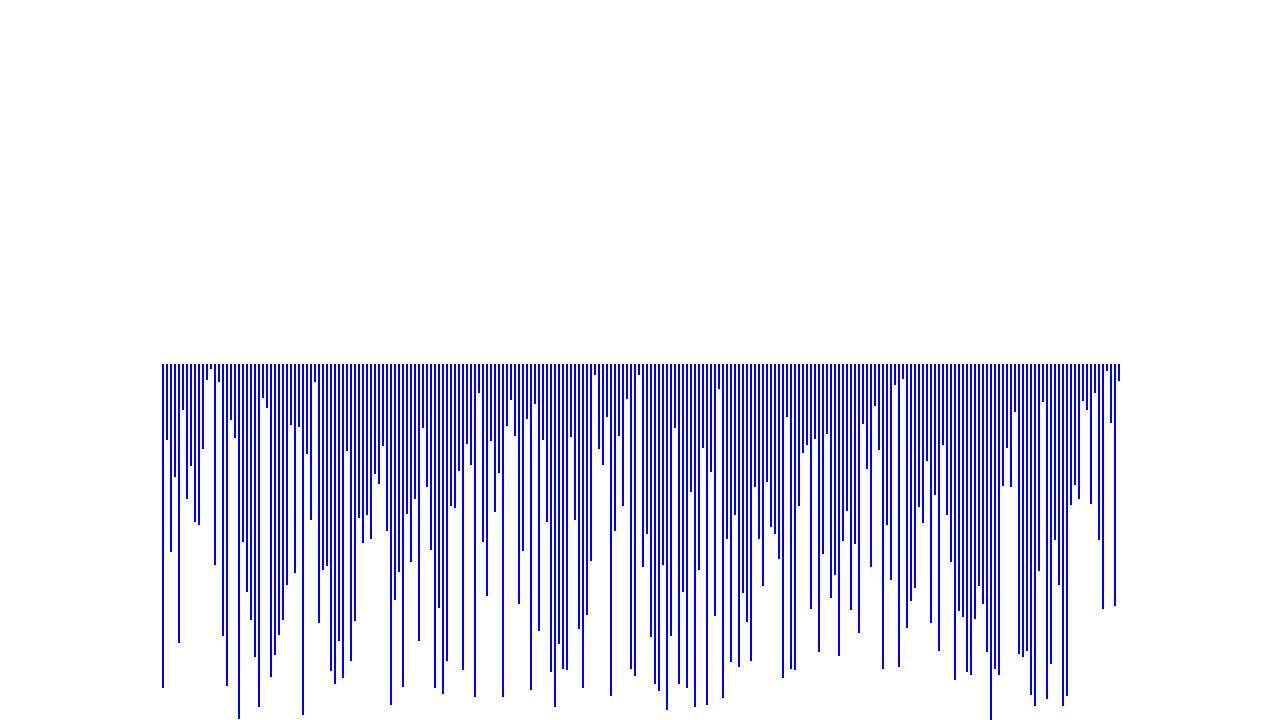
Repository: rehans-Life/sorting-visualizer
Page: /
These files come from the project's save history. The page is drawn as it stood at one moment and after the next save; the edit follows.
The browser window is 1280 px wide. The pictures show the whole page.
The project was rebuilt for these pictures with package versions that can differ from the ones it lists, and the page was loaded fresh each time. The framework's server and built-in components were replaced by stand-ins that run in the browser. Also part of the build but not shown: next.config.js.

Above is the page before, as saved 2023-03-17 17:52:46.

After the next save:
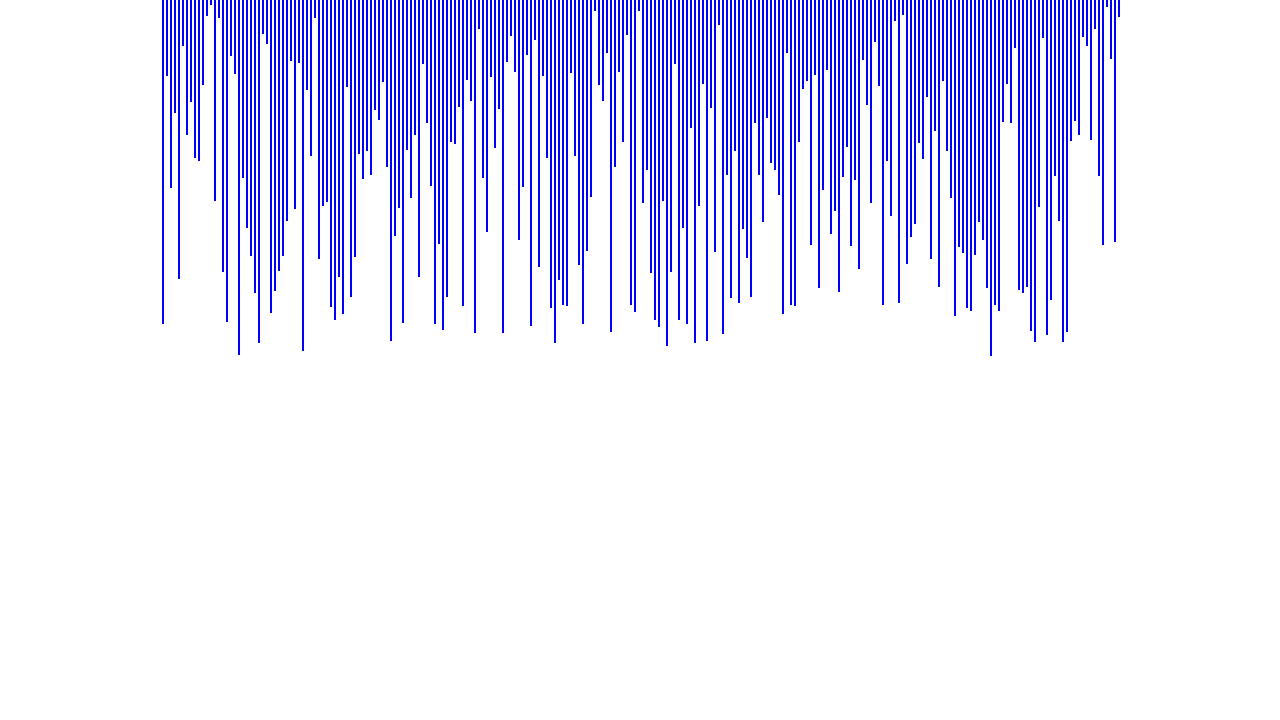
Saved 22 s later.
--- a/styles/Home.module.css
+++ b/styles/Home.module.css
@@ -1,7 +1,6 @@
 .container {
   display: flex;
   justify-content: center;
-  align-items: flex-end;
   width: 100%;
   height: 100vh;
 }
